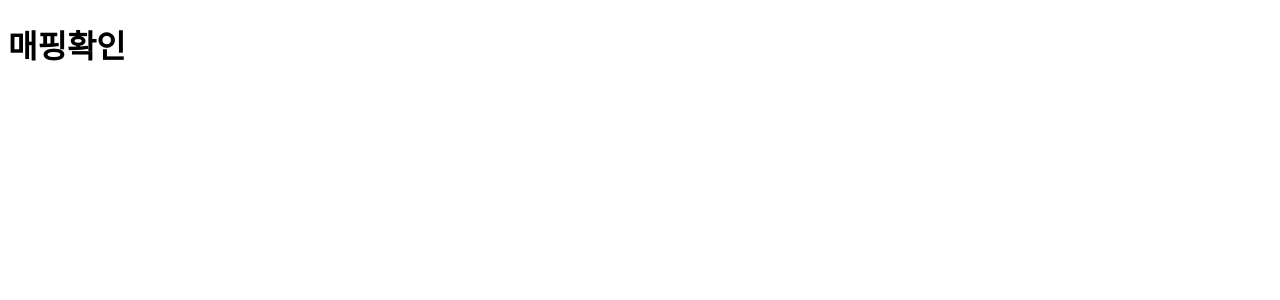
Repository: keechan/eclipse-sts3
Page: http://localhost/BoardWeb1013/getBoard.jsp
An editor plug-in stored every save of this project. The page is shown before and after the next save, followed by the edit.
The browser window is 1280 px wide. The pictures show the whole page.
The page is served by Tomcat 9. Nobody is signed in. The application's start-up code is not run.

Above is the page before, as saved 2023-10-13 03:58:39.

After the next save:
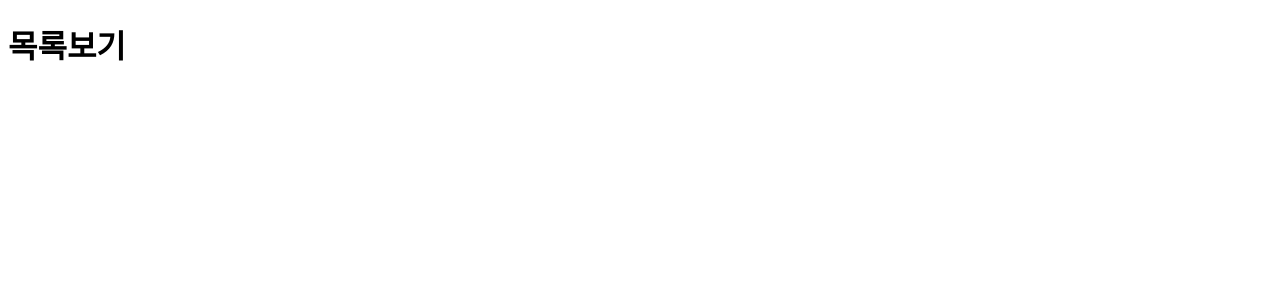
Saved 74 s later.
--- a/BoardWeb1013/src/main/webapp/getBoard.jsp
+++ b/BoardWeb1013/src/main/webapp/getBoard.jsp
@@ -8,7 +8,7 @@
 </head>
 <body>
 	<h1>
-		<%="매핑확인" %>
+		<%="목록보기" %>
 	</h1>
 </body>
 </html>
